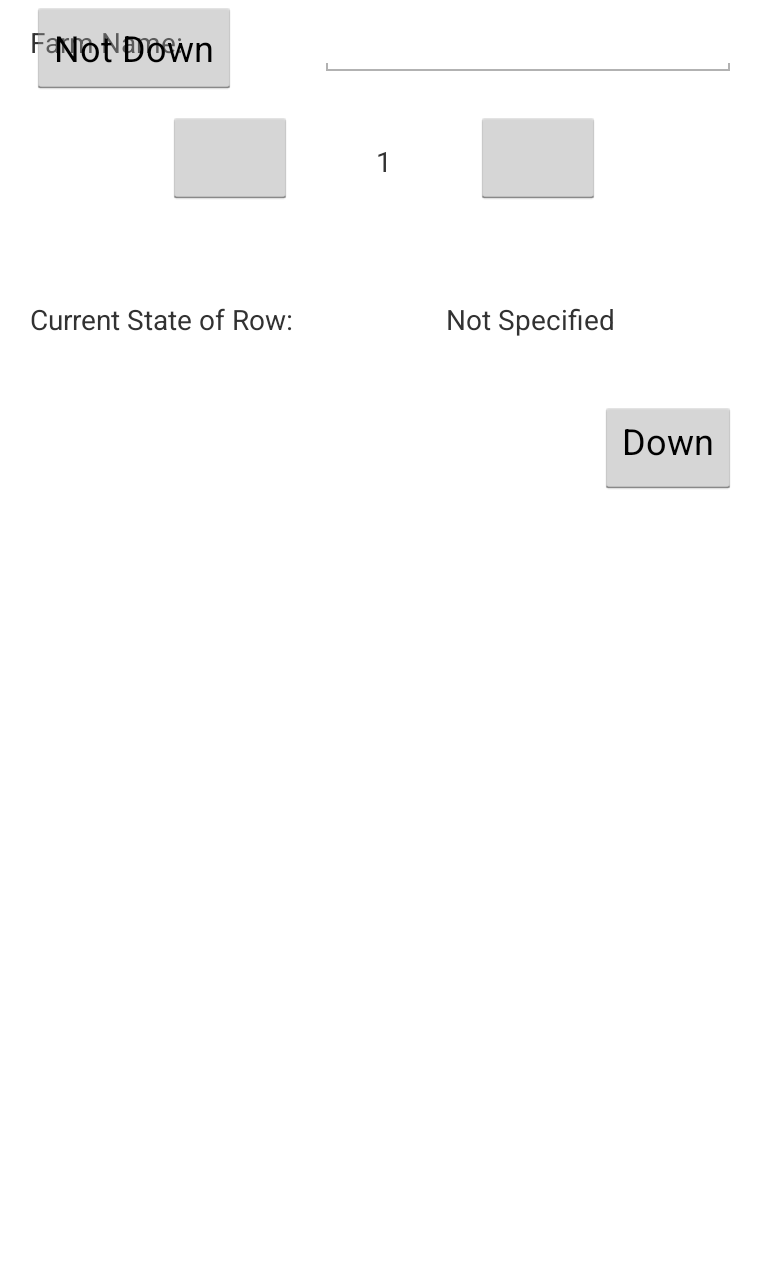
Repository: cokembel/FarmHand
Layout: FarmHand/res/layout/activity_main.xml
An editor plug-in stored every save of this project. The layout is shown before and after the next save, followed by the edit.
It is drawn on a 768 x 1280 px phone screen (xhdpi) without system bars, with theme AppTheme; the app's code is not run.

Above is the layout before, as saved 2012-12-05 10:08:35.

After the next save:
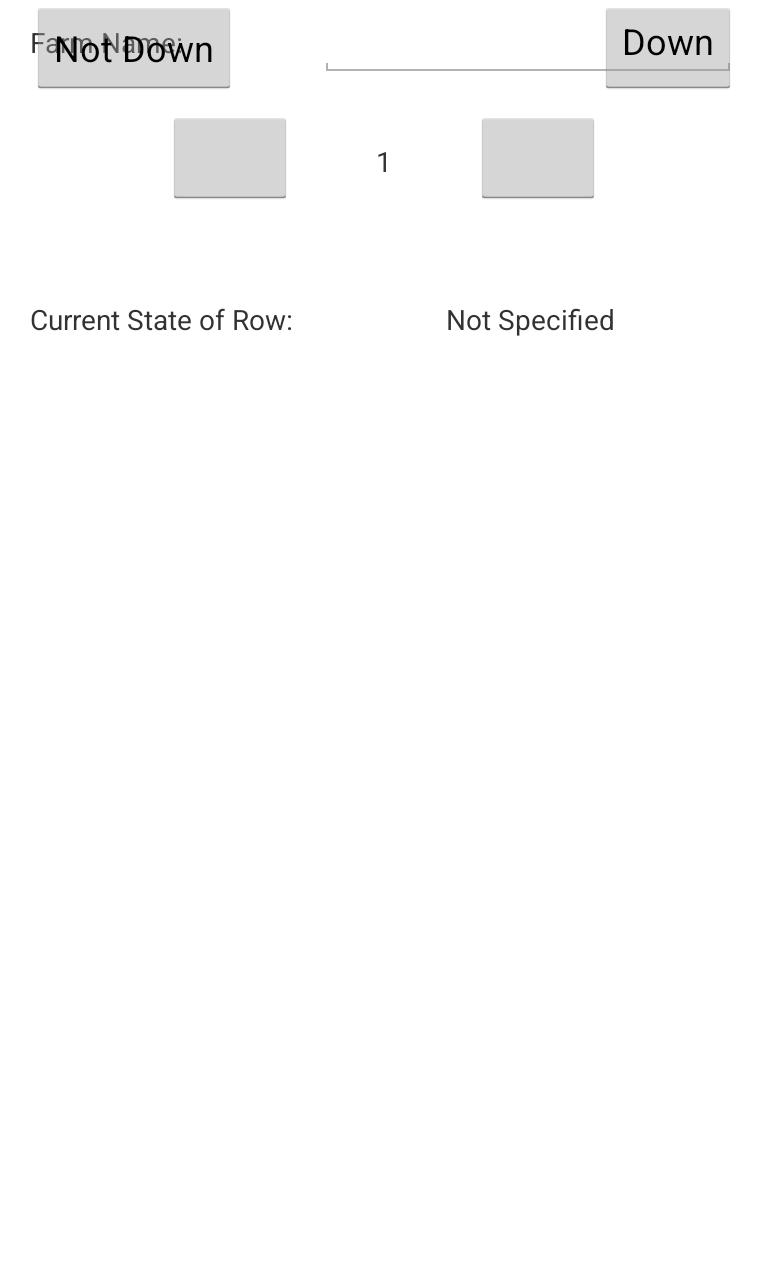
Saved 18 s later.
--- a/FarmHand/res/layout/activity_main.xml
+++ b/FarmHand/res/layout/activity_main.xml
@@ -84,7 +84,7 @@
                 android:id="@+id/down_button"
                 android:layout_width="wrap_content"
                 android:layout_height="wrap_content"
-                android:layout_alignParentBottom="true"
+                android:layout_alignBottom="@id/not_down_button"
                 android:layout_alignRight="@+id/farm_name"
                 android:gravity="right"
                 android:text="Down" />
